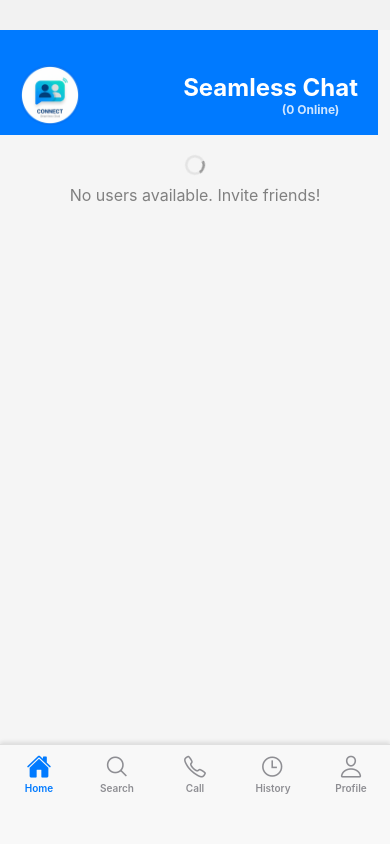
Repository: UdayRaj04/Chatapp_native
Screen: /MainTabs (app in ChatAppFrontend/)
These files come from the project's save history. The screen is drawn as it stood at one moment and after the next save; the edit follows.
The app was drawn by React Native's web renderer in a window 390 px wide. The project was rebuilt for these pictures with package versions that can differ from the ones it lists, and the page was loaded fresh each time. Some packages were replaced by stand-ins written for this rebuild. Also part of the build but not shown: ChatAppFrontend/screens/RegisterScreen.tsx, ChatAppFrontend/screens/ChatScreen.tsx, ChatAppFrontend/screens/SearchScreen.tsx, ChatAppFrontend/screens/AnalyticsScreen.tsx, ChatAppFrontend/screens/HistoryScreen.tsx, ChatAppFrontend/screens/ProfileScreen.tsx.

Above is the screen before, as saved 2025-09-09 18:03:39.

### ChatAppFrontend/App.tsx
import 'react-native-get-random-values';  // Polyfill first
import React from 'react';
import { NavigationContainer } from '@react-navigation/native';
import { createStackNavigator } from '@react-navigation/stack';
import { createBottomTabNavigator } from '@react-navigation/bottom-tabs';
import { Ionicons } from '@expo/vector-icons';
import { LogBox, View } from 'react-native';
import { SafeAreaProvider } from 'react-native-safe-area-context';  // New: For dynamic insets

// Suppress warnings
LogBox.ignoreLogs([
  'Text strings must be rendered within a <Text> component',
  'VirtualizedList: You have a large list that is slow to initial render',
  'Require cycle:',
  /Warning: [A-Za-z ]*Text strings[A-Za-z ]*/,
]);

// Your existing screens
import LoginScreen from './screens/LoginScreen';
import RegisterScreen from './screens/RegisterScreen';
import ChatListScreen from './screens/ChatListScreen';
import ChatScreen from './screens/ChatScreen';

// Placeholder screens (ensure they exist)
import SearchScreen from './screens/SearchScreen';
import AnalyticsScreen from './screens/AnalyticsScreen';
import HistoryScreen from './screens/HistoryScreen';
import ProfileScreen from './screens/ProfileScreen';

const Stack = createStackNavigator();
const Tab = createBottomTabNavigator();

// Main Tab Navigator (enhanced with safe area for no overlap)
function MainTabs() {
  return (
    <Tab.Navigator
      screenOptions={({ route }) => ({
        tabBarIcon: ({ focused, color, size }) => {
          let iconName: keyof typeof Ionicons.glyphMap;

          if (route.name === 'Chats') {
            iconName = focused ? 'home' : 'home-outline';
          } else if (route.name === 'Search') {
            iconName = focused ? 'search' : 'search-outline';
          } else if (route.name === 'Call') {
            iconName = focused ? 'call' : 'call-outline';
          } else if (route.name === 'History') {
            iconName = focused ? 'time' : 'time-outline';
          } else {
            iconName = focused ? 'person' : 'person-outline';
          }

          return <Ionicons name={iconName} size={size} color={color} />;
        },
        tabBarActiveTintColor: '#007AFF',
        tabBarInactiveTintColor: '#8e8e93',
        tabBarStyle: {
          backgroundColor: '#f8f8f8',
          borderTopWidth: 0.5,
          borderTopColor: '#e0e0e0',
          elevation: 8,
          shadowColor: '#000',
          shadowOffset: { width: 0, height: -2 },
          shadowOpacity: 0.1,
          shadowRadius: 4,
          height: 100,  // Increased: Taller tab bar (60 was too tight; 70 + labels)
          paddingBottom: 50,  // Reduced top padding for balance
          paddingTop: 5,
          position: 'absolute',  // Explicit: Ensures absolute positioning
          bottom: 0,  // Pin to bottom
          left: 0,
          right: 0,
          marginBottom: 0,  // No extra margin
        },
        tabBarLabelStyle: {
          fontSize: 10,
          fontWeight: '600',
          marginBottom: 0,  // Tight labels
        },
        headerShown: false,
        lazy: true,
        // New: Apply safe area padding to tab screens (prevents overlap)
        cardStyle: { paddingBottom: 0 },  // No extra card padding
      })}
    >
      <Tab.Screen name="Chats" component={ChatListScreen} options={{ title: 'Home' }} />
      <Tab.Screen name="Search" component={SearchScreen} options={{ title: 'Search' }} />
      <Tab.Screen name="Call" component={AnalyticsScreen} options={{ title: 'Call' }} />
      <Tab.Screen name="History" component={HistoryScreen} options={{ title: 'History' }} />
      <Tab.Screen name="Profile" component={ProfileScreen} options={{ title: 'Profile' }} />
    </Tab.Navigator>
  );
}

// Main App - Wrapped in SafeAreaProvider
export default function App() {
  return (
    <SafeAreaProvider>  {/* New: Enables useSafeAreaInsets() */}
      <View style={{ flex: 1 }}>
        <NavigationContainer>
          <Stack.Navigator
            initialRouteName="Login"
            screenOptions={{
              headerShown: false,
              cardStyle: { backgroundColor: '#f5f5f5' },
            }}
          >
            <Stack.Screen name="Login" component={LoginScreen} />
            <Stack.Screen name="Register" component={RegisterScreen} />
            <Stack.Screen name="MainTabs" component={MainTabs} />
            <Stack.Screen
              name="Chat"
              component={ChatScreen}
              options={{
                headerShown: true,
                headerTitle: 'Chat',
                headerStyle: { backgroundColor: '#007AFF' },
                headerTintColor: '#fff',
                presentation: 'modal',
                // Hide tabs in chat to avoid overlap
                tabBarStyle: { display: 'none' },
              }}
            />
          </Stack.Navigator>
        </NavigationContainer>
      </View>
    </SafeAreaProvider>
  );
}

### ChatAppFrontend/screens/LoginScreen.tsx
import React, { useState } from 'react';
import {
  View,
  TextInput,
  TouchableOpacity,
  Text,
  StyleSheet,
  Alert,
  ActivityIndicator,
  KeyboardAvoidingView,
  Platform,
  Image,  // New: For logo
} from 'react-native';
import { Ionicons } from '@expo/vector-icons';  // For input icons
import { useSafeAreaInsets } from 'react-native-safe-area-context';  // For insets (provider in App.tsx)
import { useNavigation } from '@react-navigation/native';  // For navigation
import AsyncStorage from '@react-native-async-storage/async-storage';
import axios, { AxiosError } from 'axios';

const API_BASE = 'http://192.168.29.93:5000/api';

interface LoginResponse {
  token: string;
  user: {
    id?: string;
    _id?: string;
    username: string;
    email: string;
  };
}

export default function LoginScreen() {
  const [email, setEmail] = useState<string>('');
  const [password, setPassword] = useState<string>('');
  const [loading, setLoading] = useState<boolean>(false);
  const [emailError, setEmailError] = useState<string>('');
  const [passwordError, setPasswordError] = useState<string>('');
  const navigation = useNavigation<any>();
  const insets = useSafeAreaInsets();  // Use insets from root provider

  const validateEmail = (email: string): boolean => {
    const emailRegex = /^[^\s@]+@[^\s@]+\.[^\s@]+$/;
    if (!email) {
      setEmailError('Email is required');
      return false;
    }
    if (!emailRegex.test(email)) {
      setEmailError('Invalid email format');
      return false;
    }
    setEmailError('');
    return true;
  };

  const validatePassword = (password: string): boolean => {
    if (!password) {
      setPasswordError('Password is required');
      return false;
    }
    if (password.length < 6) {
      setPasswordError('Password must be at least 6 characters');
      return false;
    }
    setPasswordError('');
    return true;
  };

  const handleLogin = async (): Promise<void> => {
    if (!validateEmail(email) || !validatePassword(password)) return;

    setLoading(true);
    try {
      const response = await axios.post<LoginResponse>(`${API_BASE}/auth/login`, {
        email,
        password,
      });
      await AsyncStorage.setItem('token', response.data.token);
      await AsyncStorage.setItem('user', JSON.stringify(response.data.user));
      navigation.replace('MainTabs');  // Navigate to tabs on success
    } catch (err) {
      const error = err as AxiosError;
      Alert.alert('Login Failed', error.response?.data?.error || 'Invalid credentials');
    } finally {
      setLoading(false);
    }
  };

  return (
    <KeyboardAvoidingView
      style={[styles.container, { paddingTop: insets.top }]}
      behavior={Platform.OS === 'ios' ? 'padding' : 'height'}
      enabled={true}
    >
      {/* Title with Logo */}
      <View style={styles.titleContainer}>
        {/* New: Bigger Logo */}
        <Image
          source={require('../assets/logos.png')}  // Adjust path if needed (e.g., '../../assets/logo.png')
          style={styles.logo}
          resizeMode="contain"
        />
        <Text style={styles.title}>Seamless Chat</Text>
        <Text style={styles.subtitle}>Welcome back! Sign in to continue</Text>
      </View>

      {/* Form */}
      <View style={styles.formContainer}>
        {/* Email Input */}
        <View style={styles.inputContainer}>
          <Ionicons name="mail" size={24} color="#999" style={styles.inputIcon} />
          <TextInput
            style={[styles.input, emailError ? styles.inputError : null]}
            value={email}
            onChangeText={(text) => {
              setEmail(text);
              if (emailError) validateEmail(text);
            }}
            placeholder="Email"
            keyboardType="email-address"
            autoCapitalize="none"
            onBlur={() => validateEmail(email)}
          />
        </View>
        {emailError ? <Text style={styles.errorText}>{emailError}</Text> : null}

        {/* Password Input */}
        <View style={styles.inputContainer}>
          <Ionicons name="lock-closed" size={24} color="#999" style={styles.inputIcon} />
          <TextInput
            style={[styles.input, passwordError ? styles.inputError : null]}
            value={password}
            onChangeText={(text) => {
              setPassword(text);
              if (passwordError) validatePassword(text);
            }}
            placeholder="Password"
            secureTextEntry={true}
            onBlur={() => validatePassword(password)}
          />
        </View>
        {passwordError ? <Text style={styles.errorText}>{passwordError}</Text> : null}

        {/* Login Button */}
        <TouchableOpacity
          style={[styles.button, loading ? styles.buttonDisabled : null]}
          onPress={handleLogin}
          disabled={loading}
          activeOpacity={0.7}
        >
          {loading ? (
            <ActivityIndicator size="small" color="#fff" />
          ) : (
            <Text style={styles.buttonText}>Login</Text>
          )}
        </TouchableOpacity>

        {/* Register Link */}
        <TouchableOpacity
          style={styles.linkContainer}
          onPress={() => navigation.navigate('Register')}
        >
          <Text style={styles.linkText}>Don't have an account? Register</Text>
        </TouchableOpacity>
      </View>
    </KeyboardAvoidingView>
  );
}

const styles = StyleSheet.create({
  container: {
    flex: 1,
    backgroundColor: '#f5f5f5',
    justifyContent: 'center',
    alignItems: 'center',
  },
  titleContainer: {
    alignItems: 'center',
    marginBottom: 50,  // Increased: More space after logo/title to form
  },
  // New: Logo Style (Bigger, Centered)
  logo: {
    width: 120,  // Bigger size - adjust as needed (e.g., 100 for smaller)
    height: 120,
    marginBottom: 20,  // Space between logo and title
    alignSelf: 'center',
  },
  title: {
    fontSize: 32,
    fontWeight: 'bold',
    color: '#333',
    marginBottom: 5,
  },
  subtitle: {
    fontSize: 16,
    color: '#666',
    textAlign: 'center',
  },
  formContainer: {
    width: '85%',  // Responsive width
    alignItems: 'center',
  },
  inputContainer: {
    flexDirection: 'row',
    alignItems: 'center',
    backgroundColor: '#fff',
    borderRadius: 10,
    marginBottom: 15,
    paddingHorizontal: 15,
    elevation: 2,
    shadowColor: '#000',
    shadowOffset: { width: 0, height: 1 },
    shadowOpacity: 0.1,
    shadowRadius: 2,
    width: '100%',
  },
  inputIcon: {
    marginRight: 10,
  },
  input: {
    flex: 1,
    paddingVertical: 12,
    fontSize: 16,
    color: '#333',
  },
  inputError: {
    borderWidth: 1,
    borderColor: '#ff6b6b',
  },
  errorText: {
    color: '#ff6b6b',
    fontSize: 12,
    marginBottom: 10,
    alignSelf: 'flex-start',
  },
  button: {
    backgroundColor: '#007AFF',
    borderRadius: 10,
    paddingVertical: 15,
    width: '100%',
    alignItems: 'center',
    marginTop: 10,
    elevation: 2,
    shadowColor: '#007AFF',
    shadowOffset: { width: 0, height: 2 },
    shadowOpacity: 0.2,
    shadowRadius: 4,
  },
  buttonDisabled: {
    backgroundColor: '#ccc',
  },
  buttonText: {
    color: '#fff',
    fontSize: 18,
    fontWeight: 'bold',
  },
  linkContainer: {
    marginTop: 20,
    alignItems: 'center',
  },
  linkText: {
    color: '#007AFF',
    fontSize: 16,
    textDecorationLine: 'underline',
  },
});

### ChatAppFrontend/screens/ChatListScreen.tsx
import React, { useState, useEffect } from 'react';
import {
  View,
  FlatList,
  Text,
  TouchableOpacity,
  StyleSheet,
  Alert,
  ActivityIndicator,
  Image,
} from 'react-native';
import { Ionicons } from '@expo/vector-icons';  // New: For user icons (person-circle)
import { useSafeAreaInsets } from 'react-native-safe-area-context';  // From previous (for padding)
import AsyncStorage from '@react-native-async-storage/async-storage';
import axios, { AxiosError } from 'axios';
import io, { Socket } from 'socket.io-client';

const API_BASE = 'http://192.168.29.93:5000/api';

interface User {
  _id: string;
  id?: string;
  username: string;
  email: string;
}

export default function ChatListScreen({ navigation }: { navigation: any }) {
  const [users, setUsers] = useState<User[]>([]);
  const [loading, setLoading] = useState<boolean>(true);
  const [currentUser, setCurrentUser] = useState<User | null>(null);
  const [socket, setSocket] = useState<Socket | null>(null);
  const [onlineUsers, setOnlineUsers] = useState<Set<string>>(new Set());

  // Safe area for dynamic padding (from previous)
  const insets = useSafeAreaInsets();
  const bottomPadding = Math.max(120, insets.bottom + 70);

  useEffect(() => {
    loadUser();
    fetchUsers();

    const initSocket = async () => {
      const token = await AsyncStorage.getItem('token');
      if (token) {
        const newSocket = io(API_BASE.replace('/api', ''), {
          auth: { token },
        });
        setSocket(newSocket);
        newSocket.on('connect_error', () => Alert.alert('Socket Error', 'Connection failed'));

        newSocket.on('userOnline', (data) => {
          console.log('User online:', data.userId);
          setOnlineUsers((prev) => new Set([...prev, data.userId]));
        });

        newSocket.on('userOffline', (data) => {
          console.log('User offline:', data.userId);
          setOnlineUsers((prev) => {
            const newSet = new Set(prev);
            newSet.delete(data.userId);
            return newSet;
          });
        });

        newSocket.on('onlineUsersList', (data) => {
          console.log('Initial online users:', data.onlineUsers);
          setOnlineUsers(new Set(data.onlineUsers));
        });

        newSocket.on('connect', () => {
          console.log('Socket connected - requesting online users');
          newSocket.emit('getOnlineUsers');
        });
      }
    };
    initSocket();

    return () => {
      socket?.disconnect();
    };
  }, []);

  const loadUser = async (): Promise<void> => {
    const userStr = await AsyncStorage.getItem('user');
    if (userStr) {
      setCurrentUser(JSON.parse(userStr));
    }
    setLoading(false);
  };

  const fetchUsers = async (): Promise<void> => {
    const token = await AsyncStorage.getItem('token');
    if (!token) return;
    try {
      const response = await axios.get<User[]>(`${API_BASE}/users`, {
        headers: { Authorization: `Bearer ${token}` },
      });
      const validUsers = response.data.filter(u =>
        u && u.username && (u._id || u.id) && typeof u.username === 'string'
      );
      setUsers(validUsers);
    } catch (err) {
      const error = err as AxiosError;
      Alert.alert('Error', error.response?.data?.error || 'Failed to load users');
    }
  };

  const startChat = (otherUser: User): void => {
    const userId = otherUser.id || otherUser._id;
    console.log('Starting chat with userId:', userId);
    if (!userId) {
      Alert.alert('Error', 'Invalid user data');
      return;
    }
    navigation.navigate('Chat', {
      otherUserId: userId,
      otherUserName: otherUser.username,
    });
  };

  const renderUser = ({ item }: { item: User }): JSX.Element => {
    if (!item || !item.username || !(item._id || item.id)) {
      return (
        <View style={styles.userItem}>
          <View style={styles.userContent}>
            <Text style={styles.username}>Invalid user entry</Text>
          </View>
        </View>
      );
    }
    const userId = item.id || item._id;
    const isOnline = onlineUsers.has(userId);
    const userIdShort = userId.substring(0, 8) + '...';
    return (
      <TouchableOpacity onPress={() => startChat(item)} style={styles.userItem} activeOpacity={0.7}>
        <View style={styles.userContent}>
          {/* New: User icon on left */}
          <View style={styles.iconContainer}>
            <Ionicons
              name="person-circle"
              size={50}
              color={isOnline ? '#007AFF' : '#ccc'}  // Green for online, gray for offline
            />
            {/* Optional: Small online dot (green circle below icon) */}
            {isOnline && (
              <View style={styles.onlineDot} />
            )}
          </View>
          {/* Text content on right */}
          <View style={styles.textContent}>
            <Text style={styles.username}>{item.username}</Text>
            {isOnline && <Text style={styles.onlineBadge}>Online</Text>}
            <Text style={styles.idText}>{"(ID: " + userIdShort + ")"}</Text>
          </View>
        </View>
      </TouchableOpacity>
    );
  };

  const renderEmpty = (): JSX.Element => (
    <View style={[styles.emptyContainer, { paddingBottom: bottomPadding }]}>
      <ActivityIndicator size="small" color="#999" />
      <Text style={styles.emptyText}>No users available. Invite friends!</Text>
    </View>
  );

  if (loading) {
    return (
      <View style={styles.loadingContainer}>
        <ActivityIndicator size="large" color="#0000ff" />
        <Text style={styles.loadingText}>Loading chats...</Text>
      </View>
    );
  }

  return (
    <View style={styles.container}>
      <View style={{
       paddingLeft: 20,paddingRight:20, paddingBottom:10, paddingTop:35,
  flexDirection: 'row',       // 👈 Arrange items in a row
  alignItems: 'center',       // 👈 Vertically center icon & text
  marginRight: 12,
  backgroundColor: '#007AFF',
  justifyContent:"space-between",
}}>
  <Image
    source={require('../assets/logos.png')}
    style={{ height: 60, width: 60, marginRight: 10 }}  // 👈 space between logo & text
  />
  <View style={{ flexDirection: 'column', alignItems: 'center' }}>
  <Text style={styles.title}>
    Seamless Chat
  </Text>
  <Text style={styles.title1}>
    ({onlineUsers.size} Online)
  </Text>
  </View>
</View>
      <FlatList
        data={users}
        keyExtractor={(item, index) => (item._id || item.id || index.toString())}
        renderItem={renderUser}
        ListEmptyComponent={renderEmpty}
        contentContainerStyle={[styles.listContent, { paddingBottom: bottomPadding }]}
        style={{ flex: 1 }}
        keyboardShouldPersistTaps="handled"
        bounces={true}
        showsVerticalScrollIndicator={true}
        initialNumToRender={10}
        maxToRenderPerBatch={5}
        windowSize={10}
        removeClippedSubviews={true}
        extraData={users}
        getItemLayout={(data, index) => ({ length: 70, offset: 70 * index, index })}
      />
    </View>
  );
}

const styles = StyleSheet.create({
  container: {
    marginTop: 30,
    flex: 1,
    backgroundColor: '#f5f5f5',
  },
  title: {
    fontSize: 24,
    fontWeight: 'bold',
    padding: 0,
    color: '#ffffffff',
    textAlign: 'center',



  },
  title1: {
    marginLeft:80,
    fontSize: 12,
    fontWeight: 'bold',
    padding: 0,
    color: '#ffffffce',
    textAlign: 'center',

  },
  loadingContainer: {
    flex: 1,
    justifyContent: 'center',
    alignItems: 'center',
  },
  loadingText: {
    marginTop: 10,
    fontSize: 16,
    color: '#666',
  },
  listContent: {
    paddingHorizontal: 10,
  },
  userItem: {
    backgroundColor: '#fff',
    marginVertical: 5,
    marginHorizontal: 10,
    borderRadius: 10,
    padding: 15,
    elevation: 2,
    shadowColor: '#000',
    shadowOffset: { width: 0, height: 1 },
    shadowOpacity: 0.2,
    shadowRadius: 1.41,
    // New: Taller for icon row
    minHeight: 70,
  },
  userContent: {
    flex: 1,
    flexDirection: 'row',  // New: Row for icon + text
    alignItems: 'center',  // New: Vertical center
  },
  // New: Icon container (left side)
  iconContainer: {
    marginRight: 15,  // Space between icon and text
    position: 'relative',  // For online dot positioning
  },
  // New: Text content wrapper (right side)
  textContent: {
    flex: 1,  // Take remaining space
    flexDirection: 'column',  // Stack username, badge, ID
    justifyContent: 'flex-start',
  },
  username: {
    fontSize: 18,
    fontWeight: 'bold',
    marginBottom: 2,  // Small space before badge/ID
  },
  onlineBadge: {
    fontSize: 12,
    color: '#007AFF',
    fontWeight: 'bold',
    marginBottom: 2,
  },
  idText: {
    fontSize: 12,
    color: 'gray',
  },
  // New: Online status dot (small green circle under icon)
  onlineDot: {
    position: 'absolute',
    bottom: 0,
    right: 0,
    width: 12,
    height: 12,
    borderRadius: 6,
    backgroundColor: '#007AFF',
    borderWidth: 2,
    borderColor: '#fff',  // White border for visibility
  },
  emptyContainer: {
    justifyContent: 'center',
    alignItems: 'center',
    padding: 20,
  },
  emptyText: {
    fontSize: 16,
    color: 'gray',
    textAlign: 'center',
    marginTop: 10,
  },
});

Loaded but not shown: ChatAppFrontend/index.ts (common file)

After the next save:
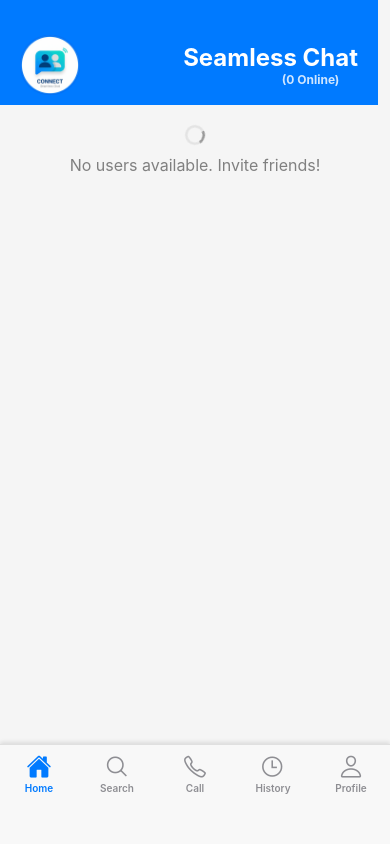
Saved 5 s later.
--- a/ChatAppFrontend/screens/ChatListScreen.tsx
+++ b/ChatAppFrontend/screens/ChatListScreen.tsx
@@ -219,7 +219,6 @@ export default function ChatListScreen({ navigation }: { navigation: any }) {
 
 const styles = StyleSheet.create({
   container: {
-    marginTop: 30,
     flex: 1,
     backgroundColor: '#f5f5f5',
   },
